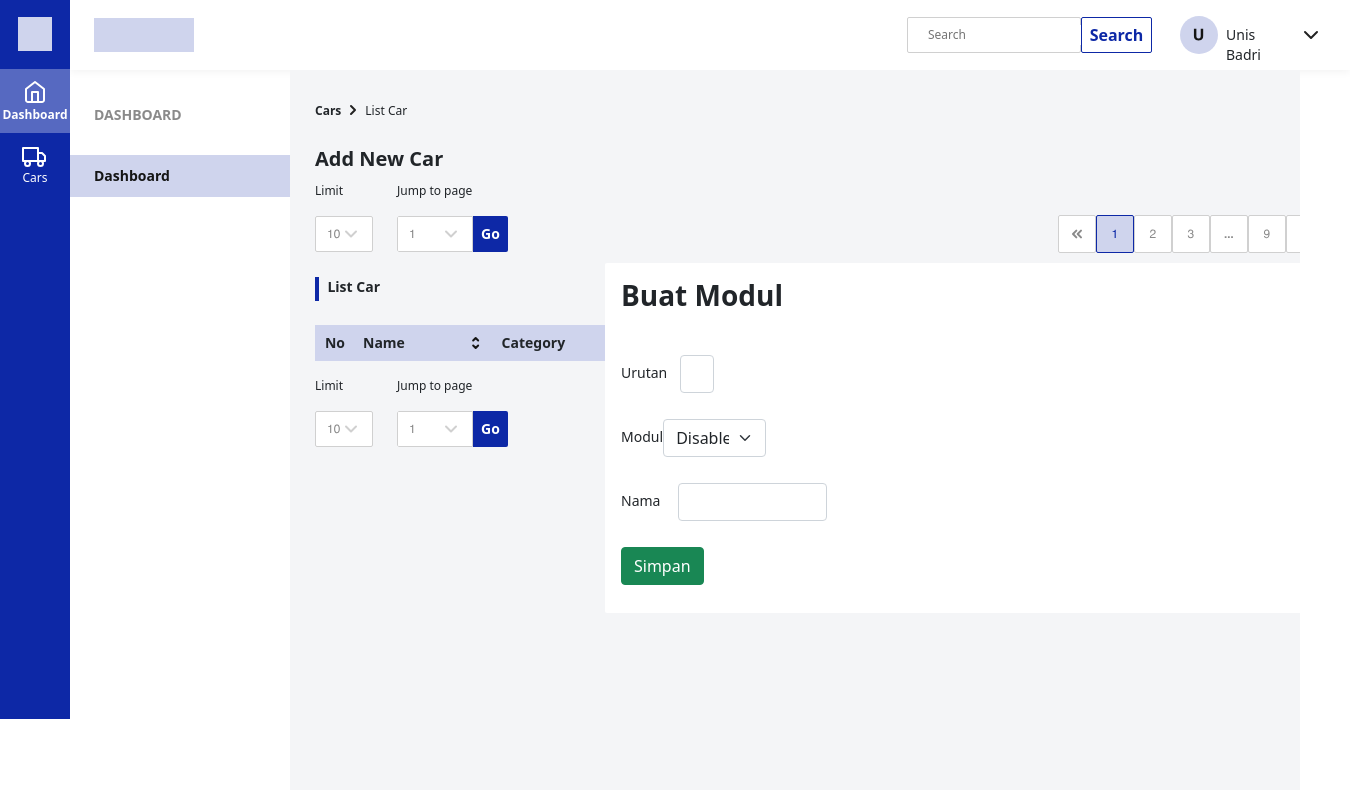
Repository: farrelmuhammad/challenge-7-binar
Page: /carlist/add
The author's editor kept a copy of each file at every save. The page is drawn from the files as they stood at one save, then again after the next save.
The browser window is 1280 px wide. The page is 1350 px wide, so the pictures cover 1350 px, including what lies to the right of the window. The pictures show the whole page.
The project was rebuilt for these pictures with package versions that can differ from the ones it lists, and the page was loaded fresh each time. Also part of the build but not shown: src/component/navbar.js, src/component/header.js, src/component/footer.js, src/App.js, src/component/admin/Dashboard/index.jsx, src/pages/admin/Dashboard.js, src/component/admin/Cars/index.jsx, src/pages/admin/CarsList.js and 2 more.

Above is the page before, as saved 2022-05-27 21:05:21.

After the next save:
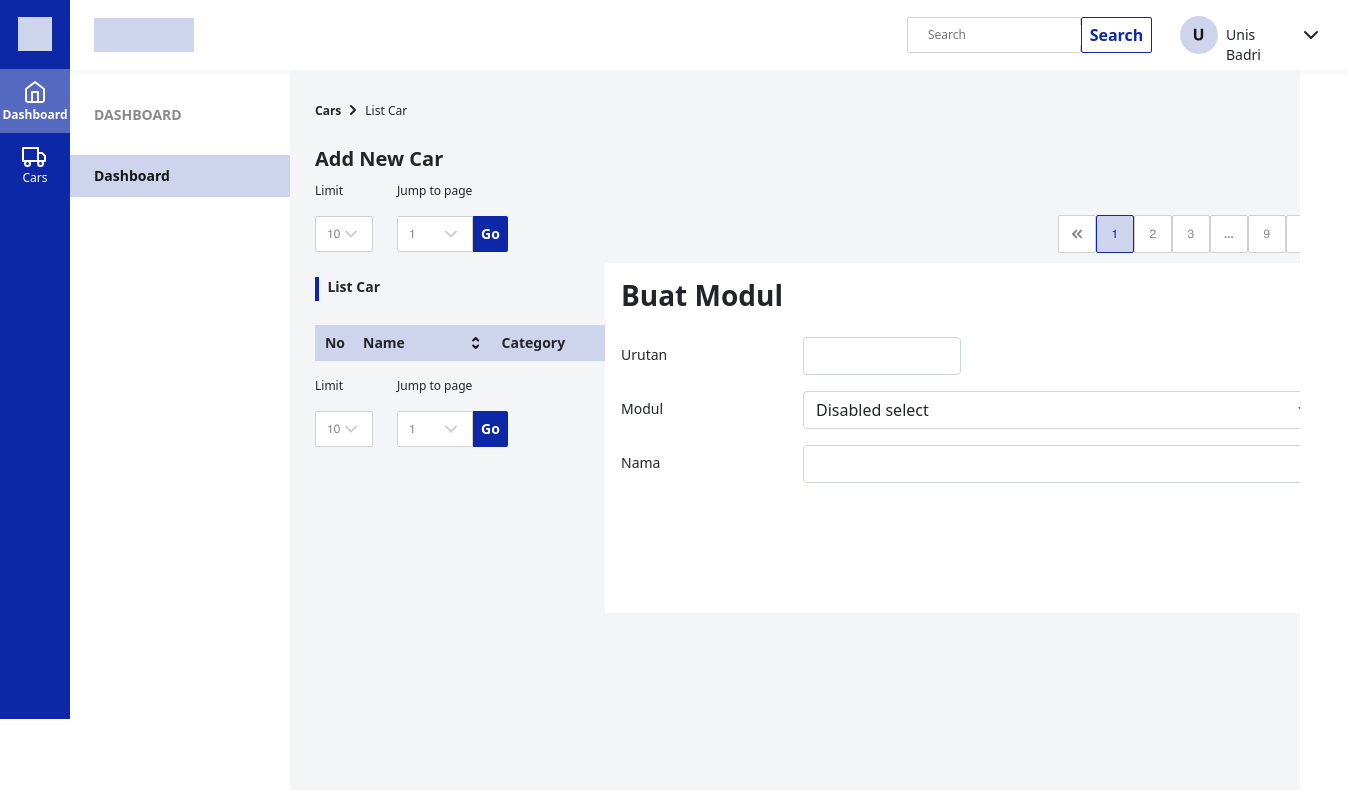
Saved 14 s later.
--- a/src/component/admin/Cars/Content.css
+++ b/src/component/admin/Cars/Content.css
@@ -338,7 +338,7 @@
 }
 
 .form-input {
-    display: flex;
+    display: block;
 flex-direction: column;
 align-items: flex-start;
 padding: 16px;
